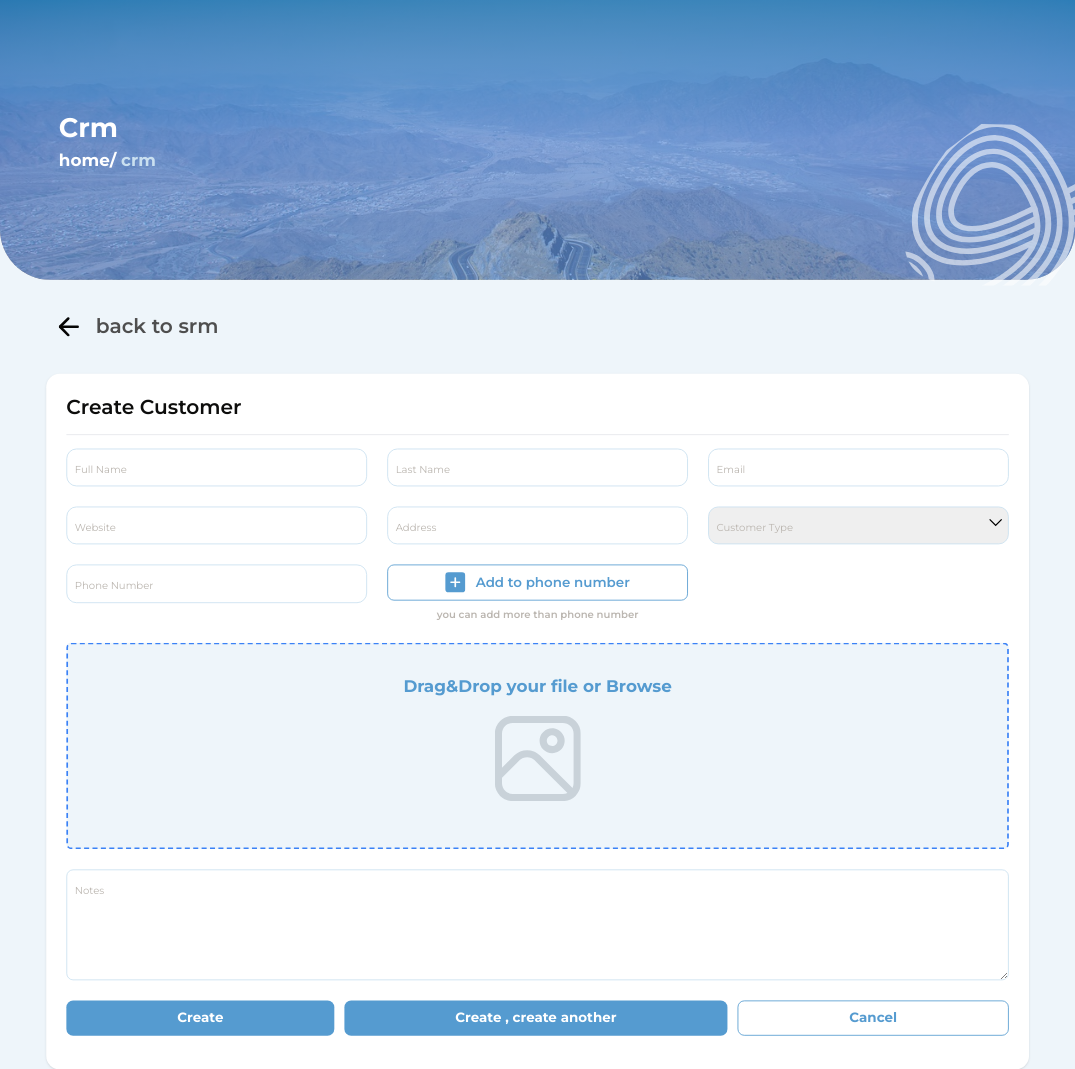
Repository: Abdelrhman-asker-smart/JsdcPIF
Page: create-customer.html
The author's editor kept a copy of each file at every save. The page is drawn from the files as they stood at one save, then again after the next save.
The browser window is 1280 px wide. The pictures show the whole page, at 84% of full size.
Some web libraries are served in a nearby version.

Above is the page before, as saved 2025-03-09 14:37:48.

After the next save:
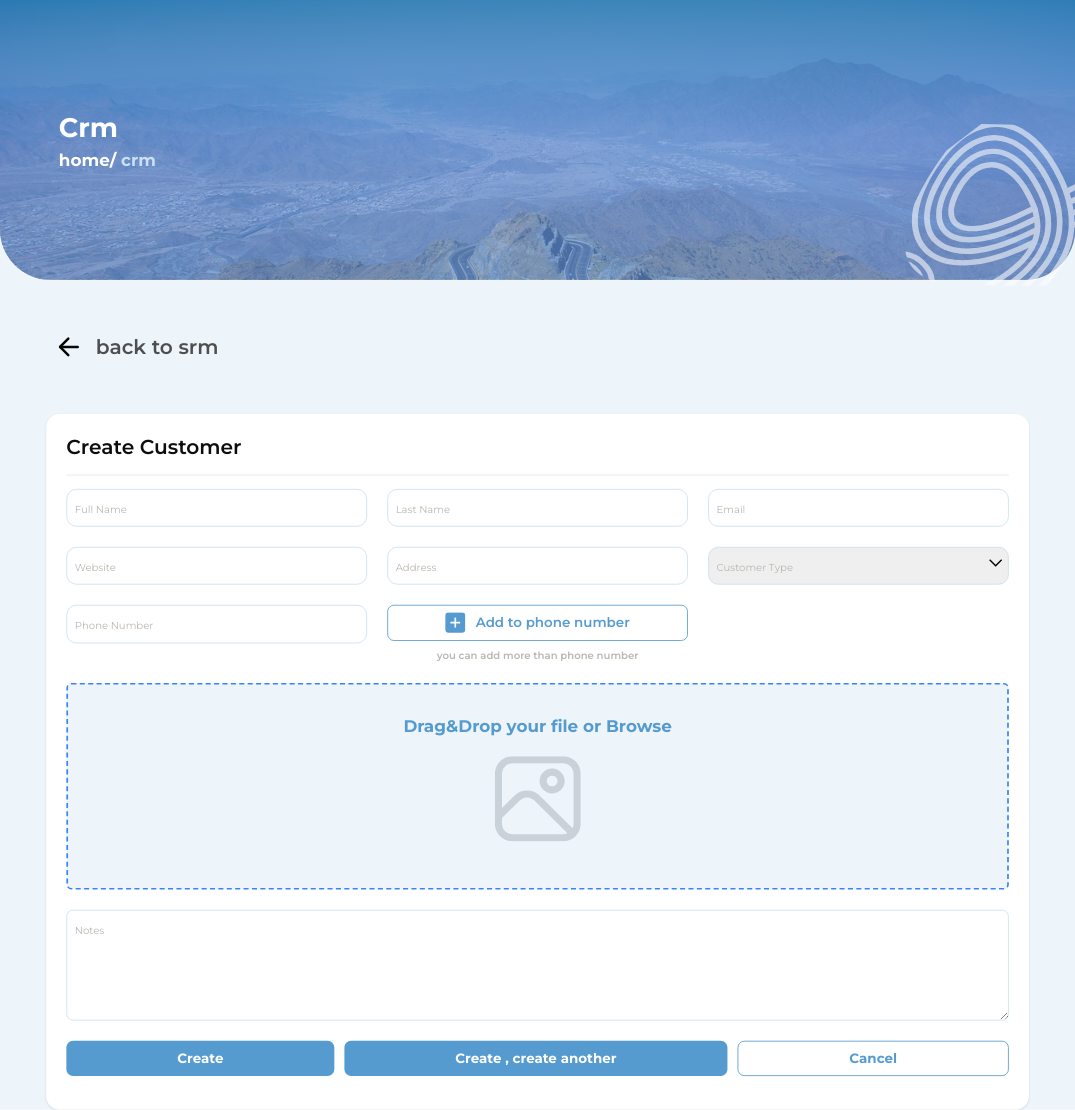
Saved 7 s later.
--- a/create-customer.html
+++ b/create-customer.html
@@ -113,7 +113,7 @@
     </div>
   </div>
   <!-- Back Button -->
-  <div class="container flex items-center gap-5 my-10">
+  <div class="container flex items-center gap-5 my-16">
     <svg width="24" height="24" viewBox="0 0 24 24" fill="none" xmlns="http://www.w3.org/2000/svg">
       <g clip-path="url(#clip0_318_2435)">
         <path d="M22.5469 12H1.45312" stroke="#050504" stroke-width="3" stroke-linecap="round"
